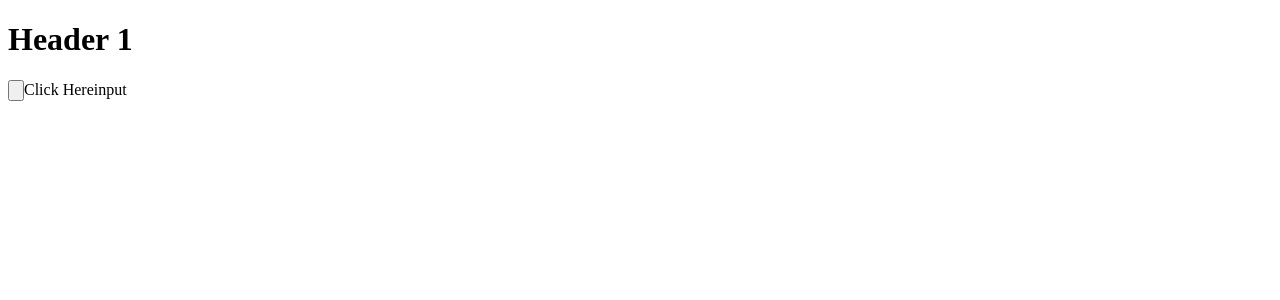
Repository: beefybroccoli/vanilla_javascript
Page: index.html
These files come from the project's save history. The page is drawn as it stood at one moment and after a run of saves; the edit follows.
The browser window is 1280 px wide. The pictures show the whole page.

Above is the page before, as saved 2022-04-19 12:46:04.

### index.html
<!DOCTYPE html>
<html>
    <Head>

    </Head>
    <body>

        <main>
            <h1>Header 1</h1>
        </main>

        <input type="button" onclick = "service.js">Click Here</body>input

    </body>
</html>

After the next 2 saves:
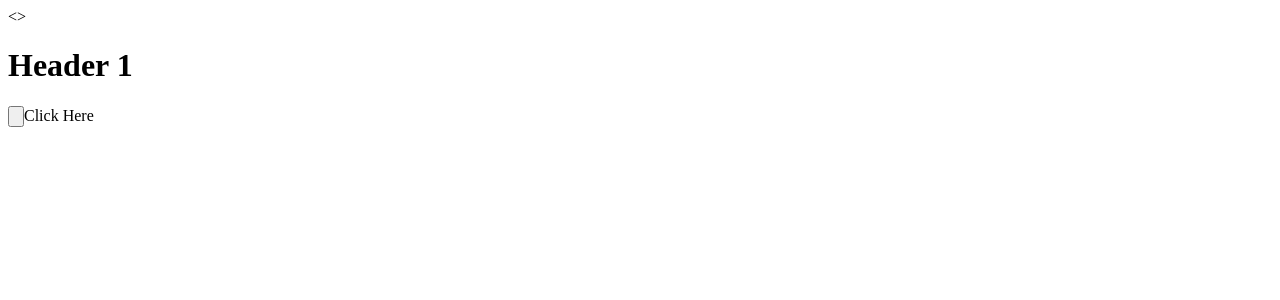
The 2 saves are shown as one change because they came seconds apart.
The last was saved 6 s later.
--- a/index.html
+++ b/index.html
@@ -3,13 +3,13 @@
     <Head>
 
     </Head>
-    <body>
+    <>
 
         <main>
             <h1>Header 1</h1>
         </main>
 
-        <input type="button" onclick = "service.js">Click Here</body>input
+        <input type="button" onclick = "service.js">Click Here
 
     </body>
 </html>
